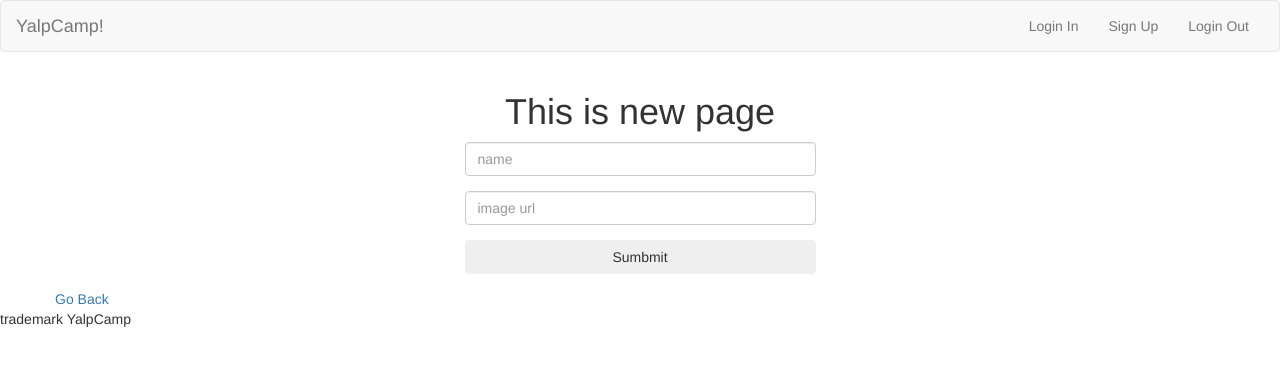
Repository: yli166/the-web-developer-bootcamp
Page: http://localhost/campgrounds/new
The author's editor kept a record of every edit. The page is drawn from the files as they stood at one moment, then again after the next edit.
The browser window is 1280 px wide. The pictures show the whole page.
The page is served by the project's Node server (yalpcamp/v1/app.js).

Above is the page before.

After the next edit:
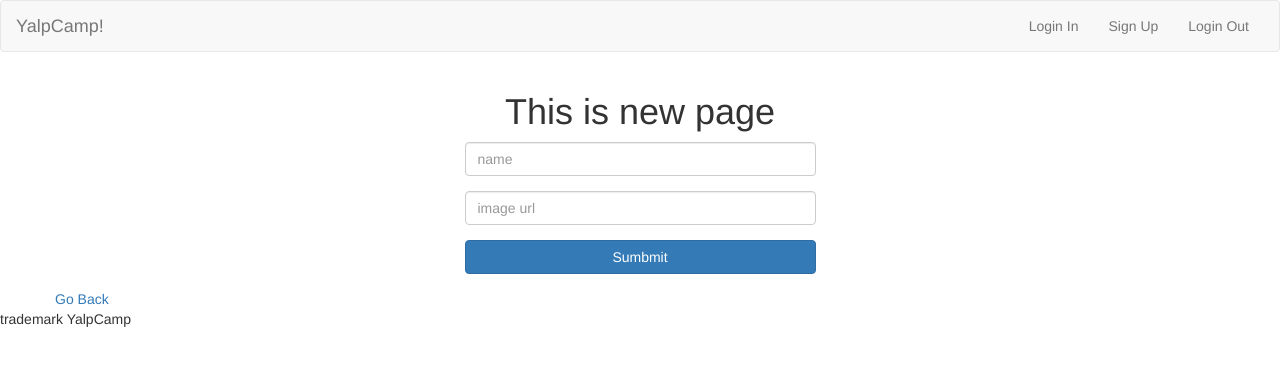
The edit:
--- a/nodejs/workspace/yalpcamp/v1/views/new.ejs
+++ b/nodejs/workspace/yalpcamp/v1/views/new.ejs
@@ -11,7 +11,7 @@
             <input class='form-control' type='text' name= 'image' placeholder='image url'>
             </div>
             <div class='form-group'>
-            <button class='btn btn-large btn-block'>Sumbmit</button>
+            <button class='btn btn-large btn-primary btn-block'>Sumbmit</button>
             </div>
         </form>
         </div>
